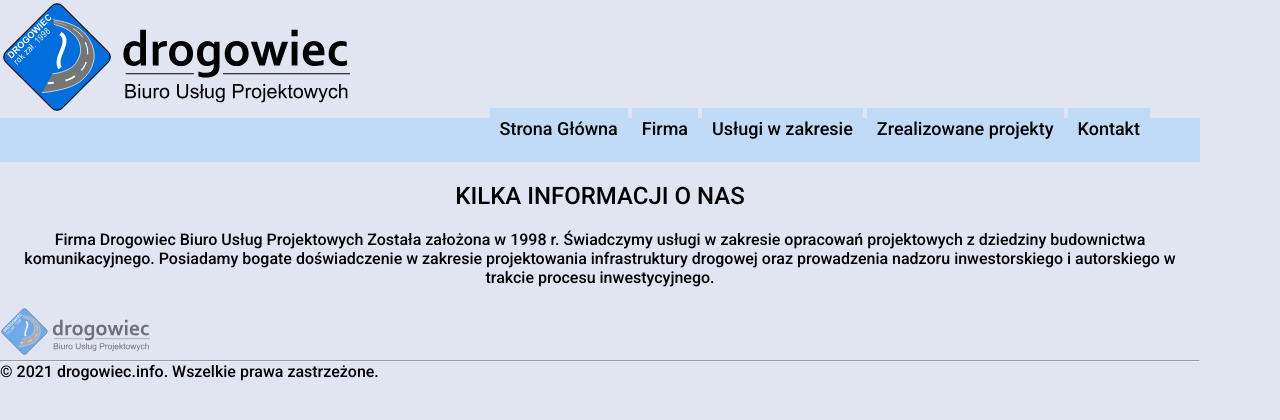
Repository: AdamBodzak/WTF_v2
Page: index.html
The author's editor kept a copy of each file at every save. The page is drawn from the files as they stood at one save, then again after the next save.
The browser window is 1280 px wide. The pictures show the whole page.

Above is the page before, as saved 2021-01-06 19:54:10.

After the next save:
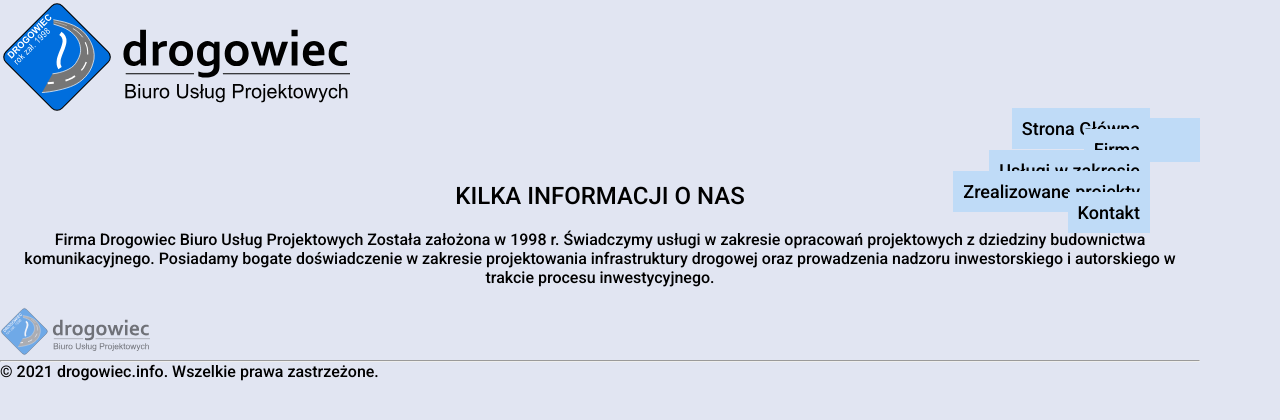
Saved 27 s later.
--- a/index.html
+++ b/index.html
@@ -14,8 +14,8 @@
                 <img id="logo" src="./img/Logo.svg" alt="Logo image">
             </a>
             <nav>
-                <div>
-                    <ul id="nawigationBar">
+                <div id="nawigationBar">
+                    <ul>
                         <li> <a class="menuItem" href="#"> Strona Główna </a></li>
                         <li> <a class="menuItem" href="#"> Firma </a></li>
                         <li> <a class="menuItem" href="#"> Usługi w zakresie </a></li>

After the save that followed:
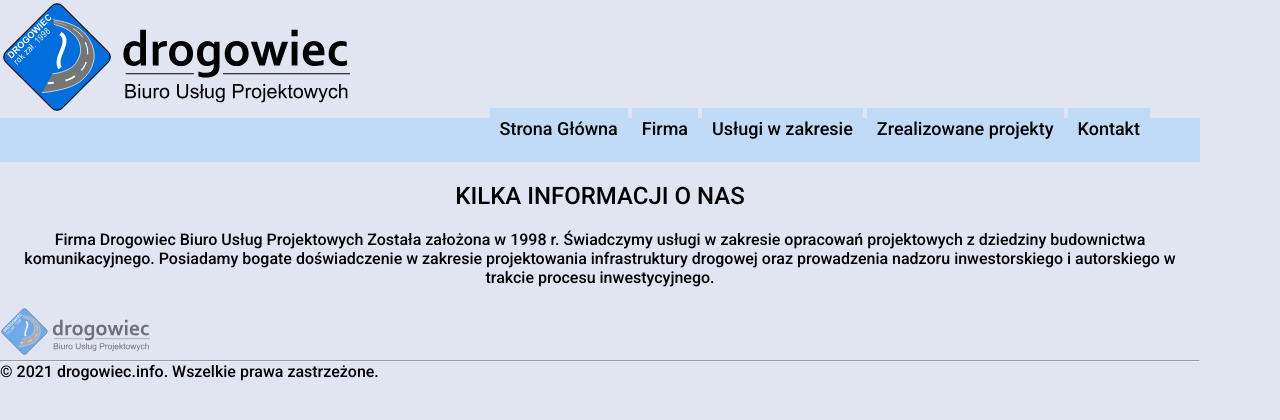
Saved 44 s later.
--- a/index.html
+++ b/index.html
@@ -14,15 +14,13 @@
                 <img id="logo" src="./img/Logo.svg" alt="Logo image">
             </a>
             <nav>
-                <div id="nawigationBar">
-                    <ul>
-                        <li> <a class="menuItem" href="#"> Strona Główna </a></li>
-                        <li> <a class="menuItem" href="#"> Firma </a></li>
-                        <li> <a class="menuItem" href="#"> Usługi w zakresie </a></li>
-                        <li> <a class="menuItem" href="#"> Zrealizowane projekty </a></li>
-                        <li> <a class="menuItem" href="#"> Kontakt </a></li>
-                    </ul>
-                </div>
+                <ul id="nawigationBar">
+                    <li> <a class="menuItem" href="#"> Strona Główna </a></li>
+                    <li> <a class="menuItem" href="#"> Firma </a></li>
+                    <li> <a class="menuItem" href="#"> Usługi w zakresie </a></li>
+                    <li> <a class="menuItem" href="#"> Zrealizowane projekty </a></li>
+                    <li> <a class="menuItem" href="#"> Kontakt </a></li>
+                </ul>
             </nav>
         </header>
             <section>
